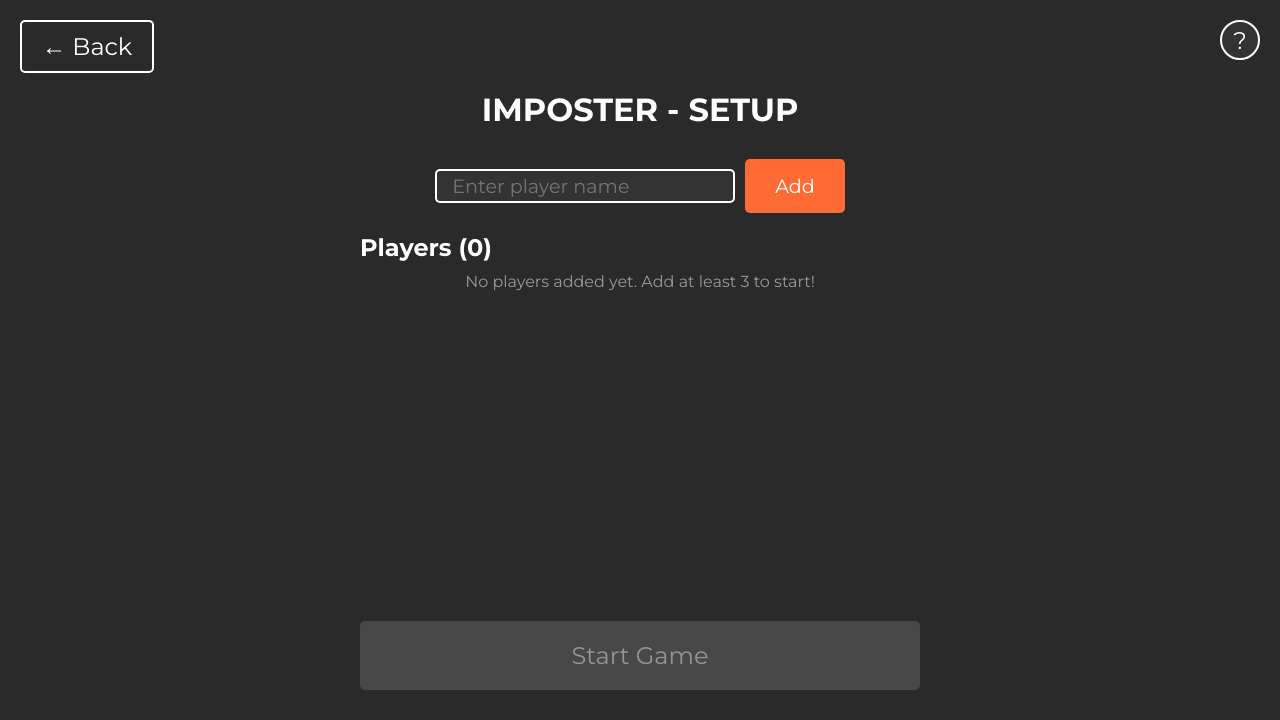
Repository: nfemmanuel/game-night-app
Page: /imposter-setup
These files come from the project's save history. The page is drawn as it stood at one moment and after the next save; the edit follows.
The browser window is 1280 px wide. The pictures show the whole page.
The project was rebuilt for these pictures with package versions that can differ from the ones it lists, and the page was loaded fresh each time. Also part of the build but not shown: src/components/GameCard.module.css, src/components/GameCard.jsx, src/pages/LandingPage.jsx, src/data/wordList.js, src/pages/ImposterReveal.jsx, src/pages/ImposterVoting.jsx.

Above is the page before, as saved 2026-01-02 16:18:54.

### public/index.html
<!DOCTYPE html>
<html lang="en">

<head>
  <meta charset="utf-8" />
  <link rel="icon" href="%PUBLIC_URL%/favicon.ico" />
  <link rel="preconnect" href="https://fonts.googleapis.com">
  <link rel="preconnect" href="https://fonts.gstatic.com" crossorigin>
  <link href="https://fonts.googleapis.com/css2?family=Montserrat:wght@400;600;700&display=swap" rel="stylesheet">
  <meta name="viewport" content="width=device-width, initial-scale=1, maximum-scale=1, user-scalable=no" />
  <meta name="theme-color" content="#000000" />
  <meta name="description" content="Web site created using create-react-app" />
  <link rel="apple-touch-icon" href="%PUBLIC_URL%/logo192.png" />
  <!--
      manifest.json provides metadata used when your web app is installed on a
      user's mobile device or desktop. See https://developers.google.com/web/fundamentals/web-app-manifest/
    -->
  <link rel="manifest" href="%PUBLIC_URL%/manifest.json" />
  <!--
      Notice the use of %PUBLIC_URL% in the tags above.
      It will be replaced with the URL of the `public` folder during the build.
      Only files inside the `public` folder can be referenced from the HTML.

      Unlike "/favicon.ico" or "favicon.ico", "%PUBLIC_URL%/favicon.ico" will
      work correctly both with client-side routing and a non-root public URL.
      Learn how to configure a non-root public URL by running `npm run build`.
    -->
  <title>NF's Game Night</title>
</head>

<body>
  <noscript>You need to enable JavaScript to run this app.</noscript>
  <div id="root"></div>
  <!--
      This HTML file is a template.
      If you open it directly in the browser, you will see an empty page.

      You can add webfonts, meta tags, or analytics to this file.
      The build step will place the bundled scripts into the <body> tag.

      To begin the development, run `npm start` or `yarn start`.
      To create a production bundle, use `npm run build` or `yarn build`.
    -->
</body>

</html>

### src/index.js
import React from 'react';
import ReactDOM from 'react-dom/client';
import './index.css';
import App from './App';
import reportWebVitals from './reportWebVitals';
import * as serviceWorkerRegistration from './serviceWorkerRegistration';

const root = ReactDOM.createRoot(document.getElementById('root'));
root.render(
  <React.StrictMode>
    <App />
  </React.StrictMode>
);

// If you want to start measuring performance in your app, pass a function
// to log results (for example: reportWebVitals(console.log))
// or send to an analytics endpoint. Learn more: https://bit.ly/CRA-vitals
reportWebVitals();

serviceWorkerRegistration.register();

### src/App.js
import { BrowserRouter, Routes, Route } from 'react-router-dom';
import './styles/global.css';
import LandingPage from './pages/LandingPage';
import ImposterSetup from './pages/ImposterSetup';
import ImposterReveal from './pages/ImposterReveal';
import ImposterVoting from './pages/ImposterVoting';

function App() {
  return (
    <BrowserRouter>
      <Routes>
        <Route path="/" element={<LandingPage />} />
        <Route path="/imposter-setup" element={<ImposterSetup />} />
        <Route path="/imposter-reveal" element={<ImposterReveal />} />
        <Route path="/imposter-voting" element={<ImposterVoting />} />
      </Routes>
    </BrowserRouter>
  );
}

export default App;

### src/serviceWorkerRegistration.js
export function register() {
    if ('serviceWorker' in navigator) {
        window.addEventListener('load', () => {
            navigator.serviceWorker.register('/service-worker.js').then(
                (registration) => {
                    console.log('SW registered: ', registration);
                },
                (error) => {
                    console.log('SW registration failed: ', error);
                }
            );
        });
    }
}

### src/styles/global.css
* {
    margin: 0;
    padding: 0;
    box-sizing: border-box;
}

body {
    font-family: 'Montserrat', 'Helvetica Neue', 'Arial', sans-serif;
    background-color: rgb(42, 42, 42);
    color: white;
    overflow: hidden;
}

button {
    cursor: pointer;
    border: none;
    border-radius: 5px;
    font-family: inherit;
    font-size: 1rem;
    padding: 10px 20px;
}

/* Prevent scrolling under fixed buttons */
body {
    padding-top: 70px;
}

/* Page title positioning */
.page-title {
    margin-top: 0;
    margin-bottom: 30px;
}

/* Mobile adjustments */
@media (max-width: 768px) {

    /* Page titles */
    .page-title {
        font-size: 2rem !important;
        margin-bottom: 20px;
    }

    /* General headings */
    h1 {
        font-size: 3rem !important;
    }

    h2 {
        font-size: 1.5rem !important;
    }

    h3 {
        font-size: 1.2rem !important;
    }

    p {
        font-size: 1rem !important;
    }

    /* Input fields */
    input[type="text"] {
        width: 100% !important;
        max-width: 300px !important;
        font-size: 1rem !important;
        padding: 12px !important;
        margin-right: 0 !important;
        margin-bottom: 10px !important;
    }

    /* Buttons */
    button {
        font-size: 1rem !important;
        padding: 12px 24px !important;
    }

    /* Smaller back/help buttons */
    .back-button {
        padding: 8px 12px !important;
        font-size: 1rem !important;
        top: 10px !important;
        left: 10px !important;
    }

    .help-button-container {
        top: 10px !important;
        right: 10px !important;
    }

    .help-button {
        width: 30px !important;
        height: 30px !important;
        font-size: 1.2rem !important;
    }

    /* Reveal card */
    .reveal-card {
        width: 280px !important;
        height: 400px !important;
    }

    .reveal-card h2 {
        font-size: 2rem !important;
    }

    /* Reduce padding on mobile */
    body {
        padding-top: 60px;
    }
}

@media (max-width: 480px) {
    .page-title {
        font-size: 1.5rem !important;
    }

    h1 {
        font-size: 2.5rem !important;
    }

    input[type="text"] {
        font-size: 0.9rem !important;
        padding: 10px !important;
    }

    button {
        font-size: 0.9rem !important;
        padding: 10px 20px !important;
    }

    .reveal-card {
        width: 240px !important;
        height: 340px !important;
    }

    .reveal-card h2 {
        font-size: 1.8rem !important;
    }
}

/* Landing page can scroll on mobile */
.landing-page {
    overflow-y: auto !important;
    height: 100vh;
}

### src/pages/ImposterSetup.jsx
import { useState } from 'react';
import BackButton from '../components/BackButton';
import HelpButton from '../components/HelpButton';
import { useNavigate, useLocation } from 'react-router-dom';
import { DndContext, closestCenter } from '@dnd-kit/core';
import { arrayMove, SortableContext, verticalListSortingStrategy, useSortable } from '@dnd-kit/sortable';
import { CSS } from '@dnd-kit/utilities';

// Sortable Item Component
function SortablePlayer({ player, index, onRemove }) {
    const {
        attributes,
        listeners,
        setNodeRef,
        transform,
        transition,
        isDragging
    } = useSortable({ id: player });

    const style = {
        transform: CSS.Transform.toString(transform),
        transition,
        fontSize: '1.3rem',
        margin: '15px 0',
        display: 'flex',
        alignItems: 'center',
        justifyContent: 'space-between',
        backgroundColor: isDragging ? '#444' : '#333',
        padding: '10px 20px',
        borderRadius: '10px',
        cursor: 'grab',
        userSelect: 'none',
        opacity: isDragging ? 0.5 : 1
    };

    return (
        <li ref={setNodeRef} style={style} {...attributes} {...listeners}>
            <span>
                <span style={{ marginRight: '10px', color: '#999' }}>☰</span>
                {index + 1}. {player}
            </span>
            <button
                onClick={(e) => {
                    e.stopPropagation();
                    onRemove();
                }}
                style={{
                    padding: '5px 15px',
                    backgroundColor: '#E74C3C',
                    color: 'white',
                    cursor: 'pointer',
                    border: 'none',
                    borderRadius: '5px'
                }}
            >
                ✕
            </button>
        </li>
    );
}

function ImposterSetup() {
    const navigate = useNavigate();
    const location = useLocation();

    const [playerName, setPlayerName] = useState('');
    const [players, setPlayers] = useState(location.state?.players || []);

    const addPlayer = () => {
        if (playerName.trim() && !players.includes(playerName.trim())) {
            setPlayers([...players, playerName.trim()]);
            setPlayerName('');
        }
    };

    const removePlayer = (indexToRemove) => {
        setPlayers(players.filter((_, index) => index !== indexToRemove));
    };

    const resetPlayers = () => {
        setPlayers([]);
    };

    const handleKeyPress = (e) => {
        if (e.key === 'Enter') {
            addPlayer();
        }
    };

    const handleDragEnd = (event) => {
        const { active, over } = event;

        if (active.id !== over.id) {
            setPlayers((items) => {
                const oldIndex = items.indexOf(active.id);
                const newIndex = items.indexOf(over.id);
                return arrayMove(items, oldIndex, newIndex);
            });
        }
    };

    const startGame = () => {
        navigate('/imposter-reveal', {
            state: { players }
        });
    };

    return (
        <div style={{
            padding: '20px',
            textAlign: 'center',
            maxWidth: '600px',
            margin: '0 auto',
            height: 'calc(100vh - 80px)',
            display: 'flex',
            flexDirection: 'column',
            overflow: 'hidden'
        }}>
            <BackButton to="/" />
            <HelpButton />

            <h1 className="page-title">IMPOSTER - SETUP</h1>

            {/* Input section - fixed */}
            <div style={{ marginBottom: '20px', flexShrink: 0 }}>
                <input
                    type="text"
                    value={playerName}
                    onChange={(e) => setPlayerName(e.target.value)}
                    onKeyPress={handleKeyPress}
                    placeholder="Enter player name"
                    style={{
                        padding: '15px',
                        fontSize: '1.2rem',
                        borderRadius: '5px',
                        border: '2px solid white',
                        width: '300px',
                        height: '20px',
                        marginRight: '10px',
                        fontFamily: 'inherit',
                        backgroundColor: '#333',
                        color: 'white',
                    }}
                />
                <button
                    onClick={addPlayer}
                    style={{
                        padding: '15px 30px',
                        fontSize: '1.2rem',
                        backgroundColor: '#FF6B35',
                        color: 'white'
                    }}
                >
                    Add
                </button>
            </div>

            {/* Player list header - fixed */}
            <div style={{
                display: 'flex',
                justifyContent: 'space-between',
                alignItems: 'center',
                marginBottom: '10px',
                flexShrink: 0
            }}>
                <h2>Players ({players.length})</h2>
                {players.length > 0 && (
                    <button
                        onClick={resetPlayers}
                        style={{
                            padding: '10px 20px',
                            fontSize: '1rem',
                            backgroundColor: '#E74C3C',
                            color: 'white',
                            cursor: 'pointer'
                        }}
                    >
                        Reset All
                    </button>
                )}
            </div>

            {/* SCROLLABLE PLAYER LIST - Drag and drop enabled */}
            <div style={{
                flex: 1,
                overflowY: 'auto',
                marginBottom: '20px',
                minHeight: 0
            }}>
                {players.length === 0 ? (
                    <p style={{ color: '#999' }}>No players added yet. Add at least 3 to start!</p>
                ) : (
                    <DndContext collisionDetection={closestCenter} onDragEnd={handleDragEnd}>
                        <SortableContext items={players} strategy={verticalListSortingStrategy}>
                            <ul style={{ listStyle: 'none', padding: 0, margin: 0 }}>
                                {players.map((player, index) => (
                                    <SortablePlayer
                                        key={player}
                                        player={player}
                                        index={index}
                                        onRemove={() => removePlayer(index)}
                                    />
                                ))}
                            </ul>
                        </SortableContext>
                    </DndContext>
                )}
            </div>

            {/* START BUTTON - Sticky at bottom */}
            <footer style={{ flexShrink: 0 }}>
                <button
                    onClick={startGame}
                    disabled={players.length < 3}
                    style={{
                        padding: '20px 40px',
                        fontSize: '1.5rem',
                        backgroundColor: players.length >= 3 ? '#4CAF50' : '#666',
                        color: 'white',
                        cursor: players.length >= 3 ? 'pointer' : 'not-allowed',
                        opacity: players.length >= 3 ? 1 : 0.5,
                        width: '100%'
                    }}
                >
                    Start Game
                </button>
            </footer>
        </div>
    );
}

export default ImposterSetup;

### src/components/HelpButton.jsx
import { useState } from 'react';

function HelpButton() {
    const [showHelp, setShowHelp] = useState(false);

    return (
        <div
            className="help-button-container"
            style={{
                position: 'fixed',
                top: '20px',
                right: '20px',
                zIndex: 1000
            }}
            onMouseEnter={() => setShowHelp(true)}
            onMouseLeave={() => setShowHelp(false)}
        >
            <div
                className="help-button"
                style={{
                    width: '40px',
                    height: '40px',
                    borderRadius: '50%',
                    border: '2px solid white',
                    color: 'white',
                    fontSize: '1.5rem',
                    display: 'flex',
                    alignItems: 'center',
                    justifyContent: 'center',
                    cursor: 'pointer',
                    backgroundColor: '#333'
                }}
            >
                ?
            </div>

            {showHelp && (
                <div
                    style={{
                        position: 'absolute',
                        top: '50px',
                        right: '0',
                        backgroundColor: '#222',
                        border: '2px solid white',
                        borderRadius: '10px',
                        padding: '20px',
                        width: '300px',
                        maxWidth: '90vw',
                        textAlign: 'left',
                        fontSize: '0.9rem',
                        lineHeight: '1.5'
                    }}
                >
                    <h3 style={{ marginTop: 0, marginBottom: '10px', fontSize: '1.1rem' }}>
                        How to Play Imposter
                    </h3>
                    <ol style={{ paddingLeft: '20px', margin: 0 }}>
                        <li>Add 3+ player names</li>
                        <li>One random player is secretly the imposter</li>
                        <li>Everyone else sees the same secret word</li>
                        <li>Pass the phone around - each player holds the card to see their word</li>
                        <li>The imposter sees "You're the imposter. Shh!"</li>
                        <li>After everyone has seen their card, discuss and guess who the imposter is</li>
                        <li>Vote for the imposter or skip to reveal</li>
                    </ol>
                </div>
            )}
        </div>
    );
}

export default HelpButton;

### src/components/BackButton.jsx
import { useNavigate, useLocation } from 'react-router-dom';

function BackButton({ to = '/', preserveState = false }) {
    const navigate = useNavigate();
    const location = useLocation();

    const handleBack = () => {
        if (preserveState && location.state) {
            // Pass along any state (like players list)
            navigate(to, { state: location.state });
        } else {
            navigate(to);
        }
    };

    return (
        <button
            onClick={handleBack}
            className="back-button"
            style={{
                position: 'fixed',
                top: '20px',
                left: '20px',
                padding: '10px 20px',
                fontSize: '1.5rem',
                backgroundColor: 'transparent',
                border: '2px solid white',
                color: 'white',
                cursor: 'pointer',
                borderRadius: '5px',
                zIndex: 1000
            }}
        >
            ← Back
        </button>
    );
}

export default BackButton;

Loaded but not shown: src/index.css (common file); src/reportWebVitals.js (common file)

After the next save:
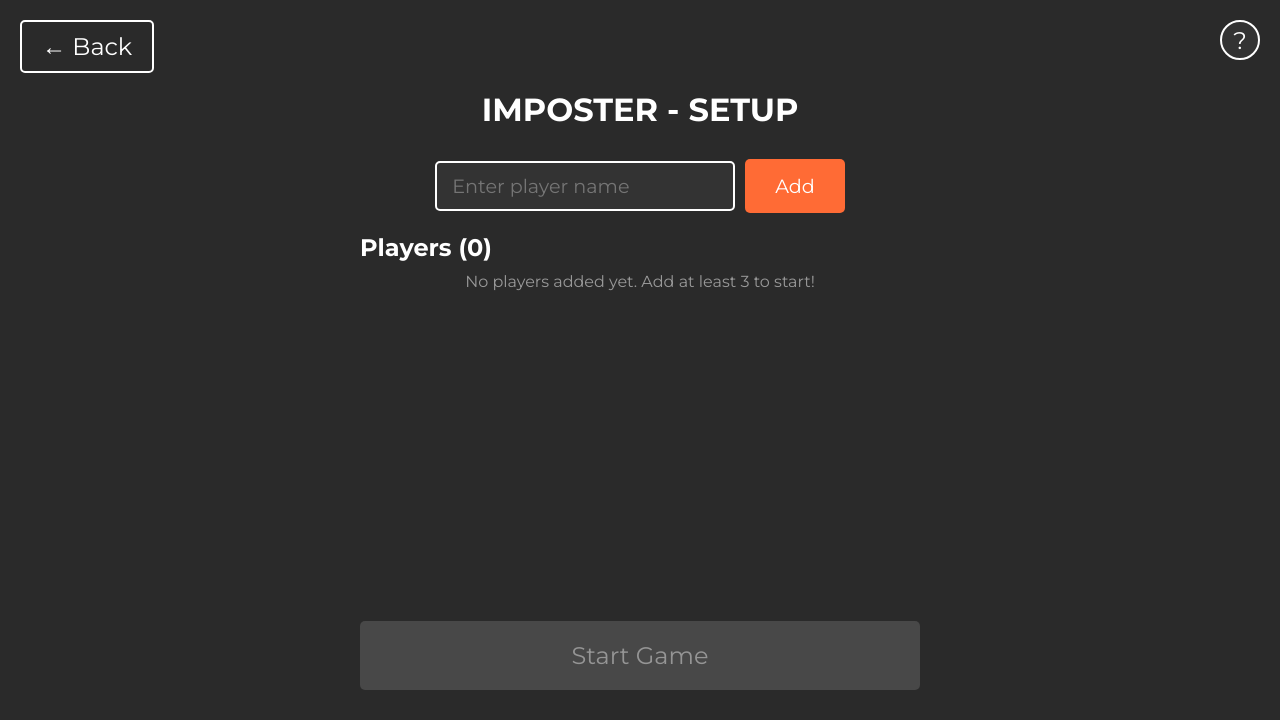
Saved 12 s later.
--- a/src/pages/ImposterSetup.jsx
+++ b/src/pages/ImposterSetup.jsx
@@ -135,7 +135,7 @@
                         borderRadius: '5px',
                         border: '2px solid white',
                         width: '300px',
-                        height: '20px',
+                        height: '50px',
                         marginRight: '10px',
                         fontFamily: 'inherit',
                         backgroundColor: '#333',
